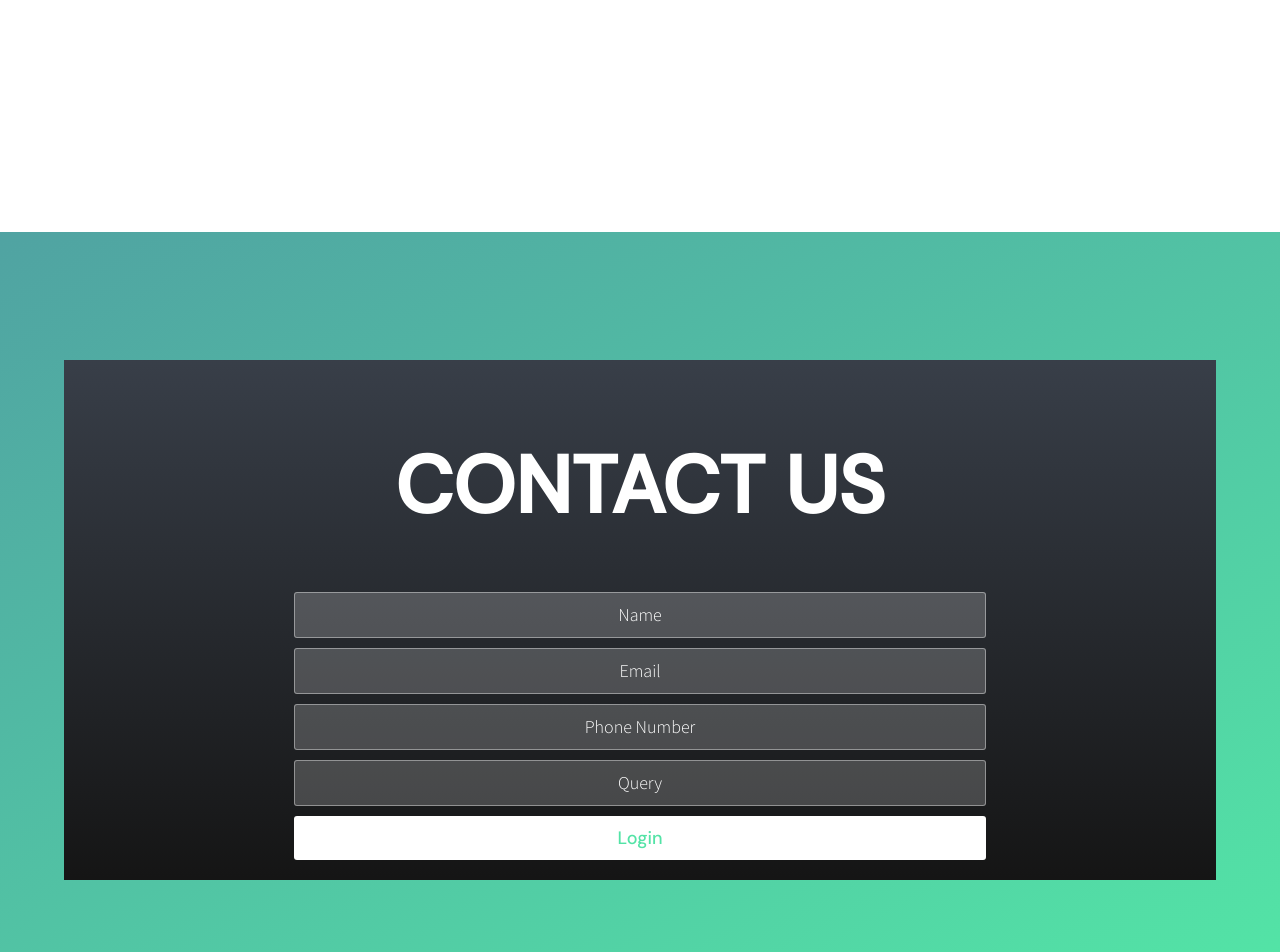
Repository: Jrap-bit/PeriodofSharing
Page: index.html
The author's editor kept a copy of each file at every save. The page is drawn from the files as they stood at one save, then again after the next save.
The browser window is 1280 px wide. The pictures show the part of the page from y = 1325 to 2277 px (the page is 2277 px tall).

Above is the page before, as saved 2022-01-16 01:20:56.

After the next save:
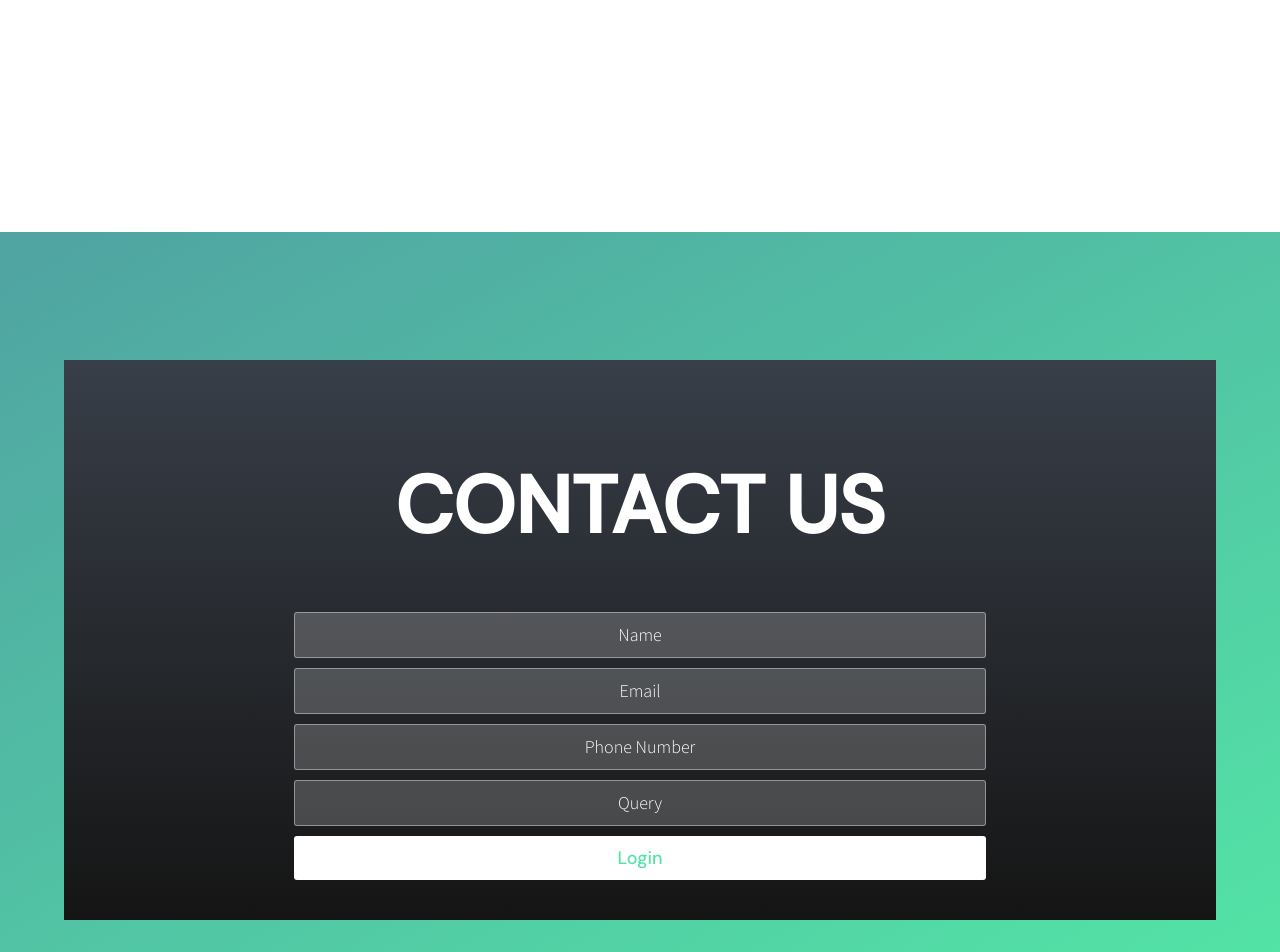
Saved 16 s later.
--- a/style.css
+++ b/style.css
@@ -74,8 +74,7 @@ form {
     justify-content: center;
     align-items: center;
     background: linear-gradient(rgba(51, 58, 69, 0.9), rgba(0, 0, 0, 0.8)), #686868;
-
-    padding: 20px 0;
+    padding: 40px 0;
     position: relative;
     z-index: 2;
 }
